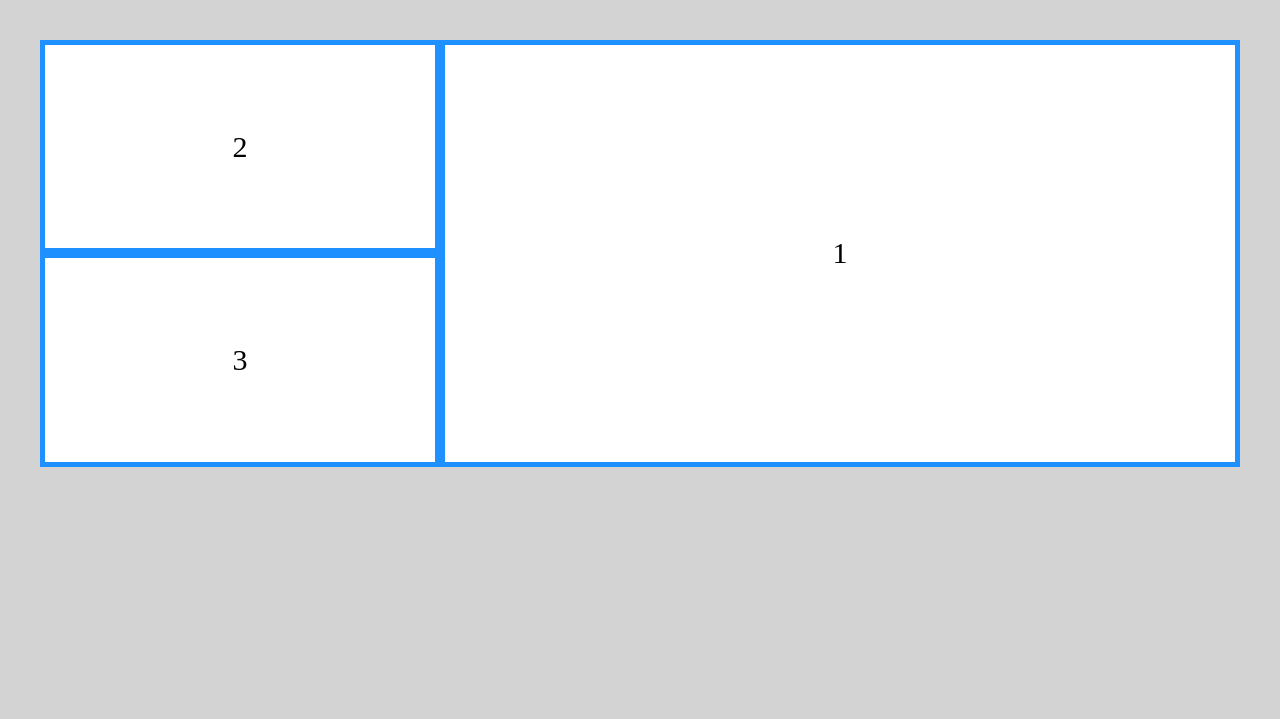
Repository: eversonps/flexbox-grid-css
Page: grid/cssgrid2.html
These files come from the project's save history. The page is drawn as it stood at one moment and after the next save; the edit follows.
The browser window is 1280 px wide. The pictures show the whole page.

Above is the page before, as saved 2022-03-23 16:44:29.

### grid/cssgrid2.html
<!DOCTYPE html>
<html>

<head>
    <meta charset="UTF-8">
    <title>CSS Grid #02</title>
    <style>
        html,
        body {
            margin: 20px;
            height: calc(100% - 40px);
            background-color: lightgray;
        }

        div {
            display: flex;
            align-items: center;
            justify-content: center;
            font-size: 30px;
            border: solid 5px dodgerblue;
            background: #fff;
        }

        body {
            display: grid;
            grid-template-columns: [inicio] 1fr
                                   [metade1] 1fr
                                   [metade2] 1fr [fim];
            grid-template-rows: repeat(3, 1fr);
        }

        .d1{
            grid-column-start: metade2;
            grid-column-end: fim;
            grid-column: metade1 / fim;
            grid-row: 1 / span 2;
        }


    </style>
</head>

<body>
    <div class="d1">1</div>
    <div class="d2">2</div>
    <div class="d3">3</div>
</body>

</html>

After the next save:
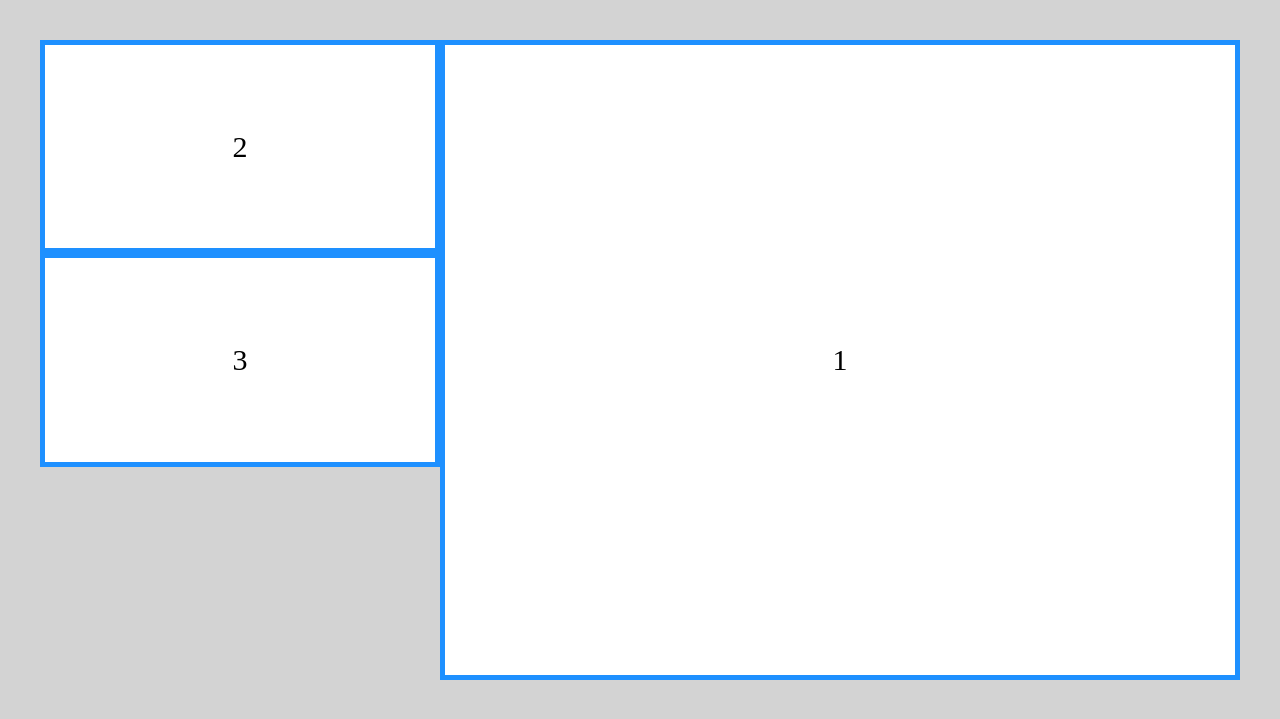
Saved 75 s later.
--- a/grid/cssgrid2.html
+++ b/grid/cssgrid2.html
@@ -34,6 +34,7 @@
             grid-column-end: fim;
             grid-column: metade1 / fim;
             grid-row: 1 / span 2;
+            grid-area: 1 /metade1 / span 3 / fim;
         }
 
 
